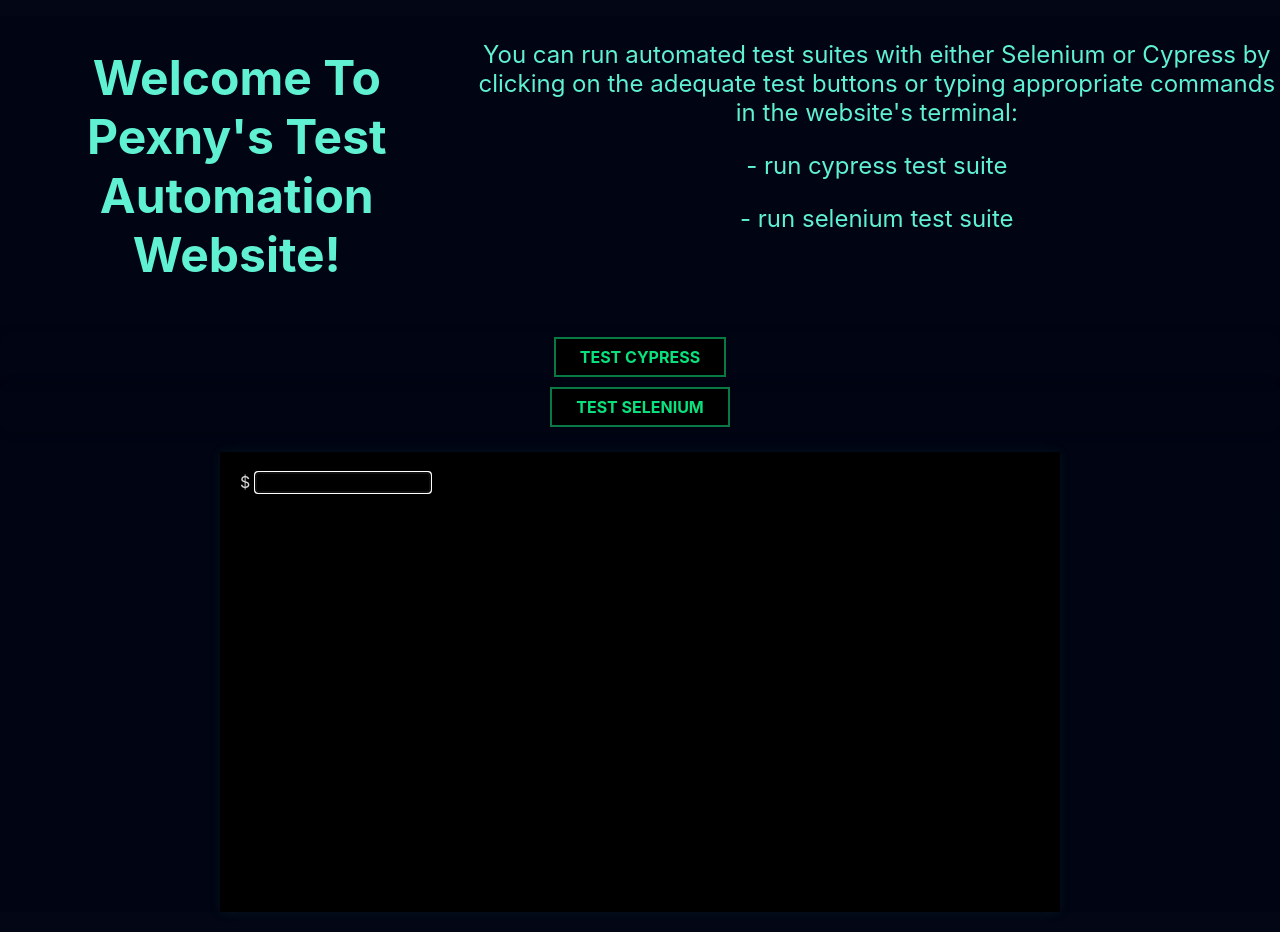
Repository: p3xny/Test-Automation-Website
Page: / (app in client/)
An editor plug-in stored every save of this project. The page is shown before and after the next save, followed by the edit.
The browser window is 1280 px wide. The pictures show the whole page.
The project was rebuilt for these pictures with package versions that can differ from the ones it lists, and the page was loaded fresh each time. Also part of the build but not shown: client/src/components/UI/TestMenu.js.

Above is the page before, as saved 2023-08-23 23:12:11.

### client/src/index.css
body {
  margin: 0;
  font-family: -apple-system, BlinkMacSystemFont, "Segoe UI", "Roboto", "Oxygen",
    "Ubuntu", "Cantarell", "Fira Sans", "Droid Sans", "Helvetica Neue",
    sans-serif;
  -webkit-font-smoothing: antialiased;
  -moz-osx-font-smoothing: grayscale;
  background-color: rgba(0, 5, 20, 0.993);
}

code {
  font-family: source-code-pro, Menlo, Monaco, Consolas, "Courier New",
    monospace;
}

### client/src/App.js
import React from "react";

import "./App.css";

import WelcomeMessage from "./components/UI/WelcomeMessage";
import Tests from "./components/Tests";
import Terminal from "./components/Terminal/Terminal";

function App() {
  return (
    <div className="App">
      <header className="App-header">
        <WelcomeMessage />
      </header>
      <Tests testTool="cypress" buttonId="cypress-menu" />
      <Tests testTool="selenium" buttonId="selenium-menu" />
      <Terminal />
    </div>
  );
}

export default App;

### client/src/App.css
.App {
  text-align: center;
  background: rgba(0, 5, 20, 0.993);
}

.App-logo {
  height: 40vmin;
  pointer-events: none;
}

@media (prefers-reduced-motion: no-preference) {
  .App-logo {
    animation: App-logo-spin infinite 20s linear;
  }
}

.App-header {
  /* background-color: rgba(0, 5, 20, 0.993); */
  /* min-height: 100vh; */
  /* display: flex; */
  /* flex-direction: column; */
  /* align-items: center; */
  /* justify-content: center; */
  font-size: calc(10px + 2vmin);
  color: white;
}

.App-link {
  color: #61dafb;
}

@keyframes App-logo-spin {
  from {
    transform: rotate(0deg);
  }
  to {
    transform: rotate(360deg);
  }
}

### client/src/components/UI/WelcomeMessage.js
import React from "react";

import styles from "./WelcomeMessage.module.css";

const WelcomeMessage = (props) => {
  return (
    <div className={styles.WelcomeMessage}>
      <h1>Welcome To Pexny's Test Automation Website!</h1>
      <p>
        You can run automated test suites with either Selenium or Cypress by
        clicking on the adequate test buttons or typing appropriate commands in
        the website's terminal:
        <p>- run cypress test suite</p>
        <p>- run selenium test suite</p>
      </p>
    </div>
  );
};

export default WelcomeMessage;

// const describeOriginal = require("mocha").describe;

// require("mocha").describe = (describeTitle) => {
//   TestListener.watch(describeTitle);
//   describeOriginal(describeTitle);
// };

### client/src/components/Tests.js
import React, { useState, useEffect } from "react";

import styles from "./UI/Button.module.css";

import TestMenu from "./UI/TestMenu";
import Button from "./UI/Button";
import Card from "./UI/Card";

const testCases = [
  {
    cypress: [
      { id: 1, name: "Cypress Full Test", command: "" },
      { id: 2, name: "Cypress Buttons Test", command: "" },
      { id: 3, name: "Cypress Terminal Test", command: "" },
    ],
    selenium: [
      { id: 1, name: "Selenium Full Test", command: "pytest -v" },
      {
        id: 2,
        name: "Selenium Buttons Test",
        command: "pytest -v test_client_buttons.py",
      },
      {
        id: 3,
        name: "Selenium Terminal Test",
        command: "pytest -v test_client_terminal.py",
      },
    ],
  },
];

const Tests = (props) => {
  const [isActive, setIsActive] = useState(false);

  const makeActiveHandler = (event) => {
    setIsActive(true);
    console.log("Activated!");
  };

  const makeInactiveHandler = (event) => {
    setIsActive(false);
  };

  const filterButtons = testCases.find((test) =>
    test.hasOwnProperty(props.testTool)
  );

  return (
    <div>
      {!isActive && (
        <Card>
          <Button
            name={`TEST ${props.testTool.toUpperCase()}`}
            id={`test-button-${props.buttonId}`}
            testFamily={props.testTool}
            onActivate={makeActiveHandler}
          />
        </Card>
      )}
      {isActive && (
        <Card>
          <TestMenu tests={filterButtons[props.testTool]} testTool="cypress" />
          <button
            className={styles.button}
            id={"back-button"}
            onClick={makeInactiveHandler}
          >
            BACK
          </button>
        </Card>
      )}
    </div>
  );
};

export default Tests;

### client/src/components/Terminal/Terminal.js
import React, { useState } from "react";

import styles from "./Terminal.module.css";

import Card from "../UI/Card";

const Terminal = (props) => {
  const [terminalInput, setTerminalInput] = useState("");
  const [terminalOutput, setTerminalOutput] = useState([]);

  const terminalInputHandler = (event) => {
    setTerminalInput(event.target.value);
    console.log(event.target.value);
  };

  const submitHandler = (event) => {
    event.preventDefault();
    writeToTerminal(`$ ${terminalInput}\n`);
    processCommand(terminalInput);
    setTerminalInput("");
  };

  const writeToTerminal = (message) => {
    setTerminalOutput((prevOutput) => [...prevOutput, message]);
  };

  const processCommand = async (command) => {
    try {
      const response = await fetch("http://localhost:5000/run_tests", {
        method: "POST",
        headers: {
          "Content-Type": "application/json",
        },
        body: JSON.stringify({ command }),
      });

      if (command === "clear" || command === "cls") {
        setTerminalOutput([]);
        return;
      }

      const data = await response.json();

      if (data.success) {
        writeToTerminal(data.output);
      } else {
        writeToTerminal(`Error: ${data.error}\n`);
      }
    } catch (error) {
      writeToTerminal(`Error: ${error}\n`);
    }
  };

  const highlightWords = (message) => {
    const greenWords = [
      "success",
      "Success",
      "SUCCESS",
      "passed",
      "Passed",
      "PASSED",
    ];
    const redWords = [
      // "error",
      // "Error",
      // "ERROR",
      "failed",
      "Failed",
      "FAILED",
      "FAILURES",
    ];
    const parts = message.split(
      new RegExp(`(${greenWords.concat(redWords).join("|")})`, "g")
    );

    return parts.map((part, index) => {
      if (greenWords.includes(part.toLowerCase())) {
        return (
          <span className={styles["highlighted-green"]} key={index}>
            {part}
          </span>
        );
      } else if (redWords.includes(part.toLowerCase())) {
        return (
          <span className={styles["highlighted-red"]} key={index}>
            {part}
          </span>
        );
      }
      return part;
    });
  };

  return (
    <div className={styles.terminal}>
      <div id="output">
        {terminalOutput.map((message, index) => (
          <pre key={index} className={styles.outputContent}>
            {highlightWords(message)}
          </pre>
        ))}
      </div>
      <form id="input-form" onSubmit={submitHandler}>
        <span>$</span>
        <input
          className={styles.input}
          type="text"
          id="command-input"
          value={terminalInput}
          onChange={terminalInputHandler}
          autoFocus
        />
      </form>
    </div>
  );
};

export default Terminal;

### client/src/components/UI/WelcomeMessage.module.css
.WelcomeMessage {
  color: rgb(96, 241, 210);
  font-size: 1.5rem;
  /* font-weight: bold; */
  text-align: center;
  margin: 1rem 0;
  display: flex;
}

### client/src/components/UI/Button.module.css
.button {
  width: 100%;
  font: inherit;
  font-weight: bold;
  padding: 0.5rem 1.5rem;
  border: 2px solid rgb(8, 121, 68);
  color: rgb(9, 226, 125);
  background: black;
  box-shadow: 0 0 4px rgba(0, 0, 0, 0.26);
  cursor: pointer;
  margin: 5px;
}

.button:focus {
  outline: none;
}

.button:hover,
.button:active {
  background: rgb(8, 121, 68);
  border-color: rgb(9, 226, 125);
  color: black;
  box-shadow: 0 0 8px rgba(0, 0, 0, 0.26);
}

@media (min-width: 768px) {
  .button {
    width: auto;
  }
}

### client/src/components/UI/Button.js
import styles from "./Button.module.css";

const Button = (props) => {
  return (
    <button id={props.id} className={styles.button} onClick={props.onActivate}>
      {props.name}
    </button>
  );
};

export default Button;

### client/src/components/UI/Card.js
import styles from "./Card.module.css";

const Card = (props) => {
  const classes = styles.card + " " + props.className;
  return <div className={classes}>{props.children}</div>;
};

export default Card;

### client/src/components/Terminal/Terminal.module.css
.terminal {
  margin-top: 20px;
  margin-bottom: 20px;
  margin-left: auto;
  margin-right: auto;

  /* border: 1px solid rgb(8, 121, 68); */
  padding: 20px;
  width: 80%;
  max-width: 800px;
  min-height: 420px;
  max-height: 420px;
  background-color: black;
  overflow-y: auto;
  overflow-x: auto;
  box-shadow: 0 0 10px rgba(23, 78, 62, 0.2);
  overflow-wrap: break-word;
}

#output {
  white-space: pre-wrap;
}

.outputContent {
  text-align: left;
  font-family: monospace;
  overflow-wrap: break-word;
  color: rgba(255, 255, 255, 0.842);
}

.highlighted-green {
  font-family: monospace;
  font-weight: bold;
  color: rgb(12, 145, 12);
}

.highlighted-red {
  font-family: monospace;
  font-weight: bold;
  color: rgb(158, 2, 2);
}

.input {
  background-color: transparent;
  /* border: none; */
  color: rgba(255, 255, 255, 0.842);
  font-family: monospace;
  caret-color: rgba(255, 255, 255, 0.842);
  margin: 0 5px;
}

form {
  display: flex;
  align-items: left;
}

span {
  color: rgba(255, 255, 255, 0.842);
  font-size: 1rem;
}

Loaded but not shown: client/public/index.html (common file); client/src/index.js (common file); client/src/reportWebVitals.js (common file); client/src/components/UI/Card.module.css (common file)

After the next save:
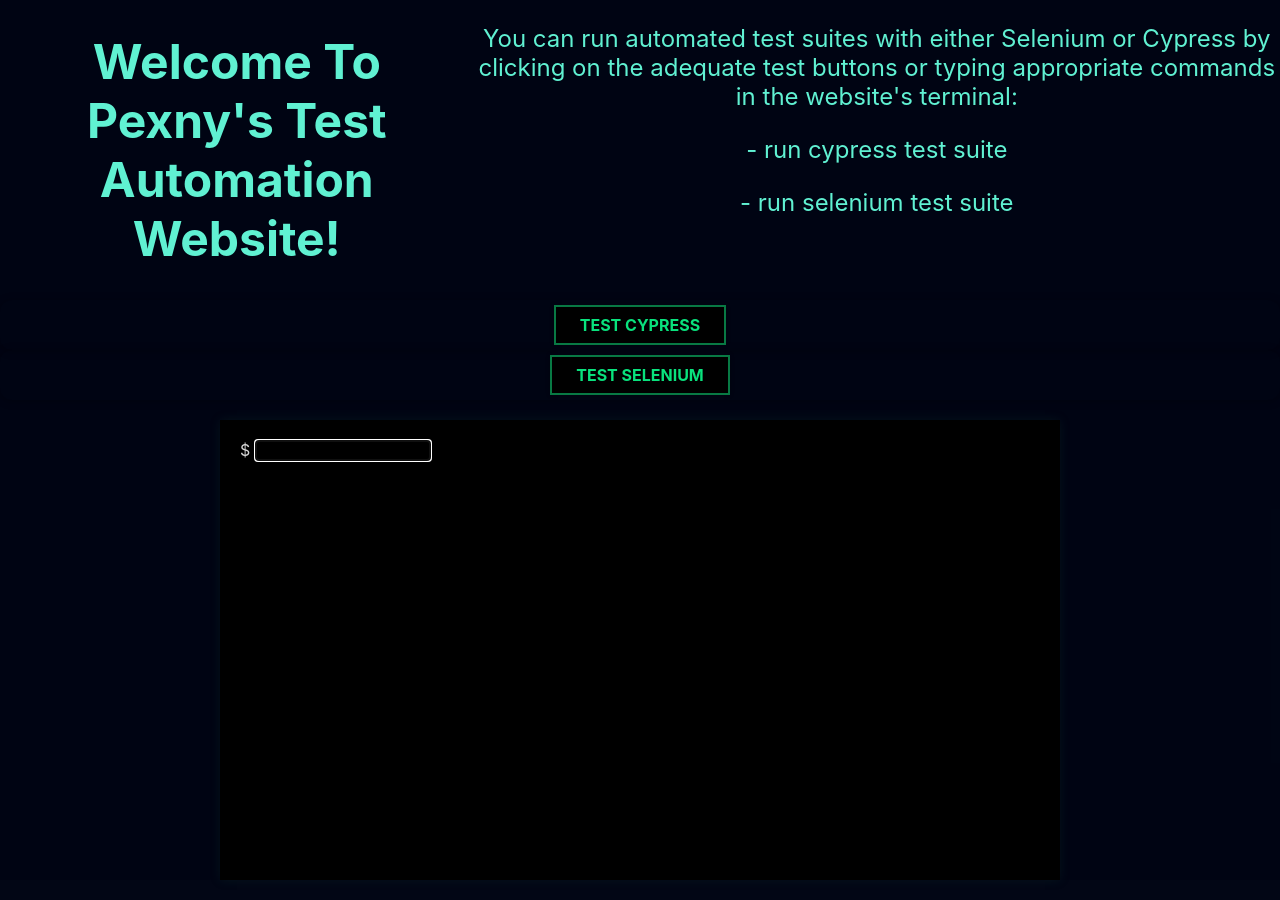
Saved 5 s later.
--- a/client/src/components/UI/WelcomeMessage.module.css
+++ b/client/src/components/UI/WelcomeMessage.module.css
@@ -3,6 +3,6 @@
   font-size: 1.5rem;
   /* font-weight: bold; */
   text-align: center;
-  margin: 1rem 0;
+  margin: 1rem 1;
   display: flex;
 }
